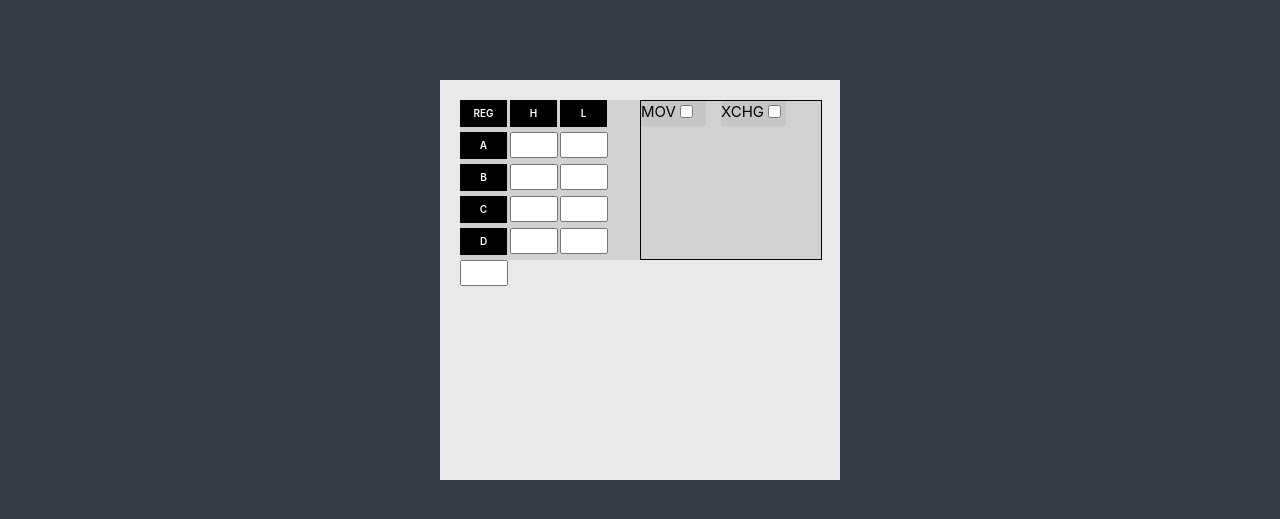
Repository: piookr-wsei/8086
Page: /
The author's editor kept a copy of each file at every save. The page is drawn from the files as they stood at one save, then again after the next save.
The browser window is 1280 px wide. The pictures show the whole page.
The project was rebuilt for these pictures with package versions that can differ from the ones it lists, and the page was loaded fresh each time.

Above is the page before, as saved 2022-06-18 20:58:33.

After the next save:
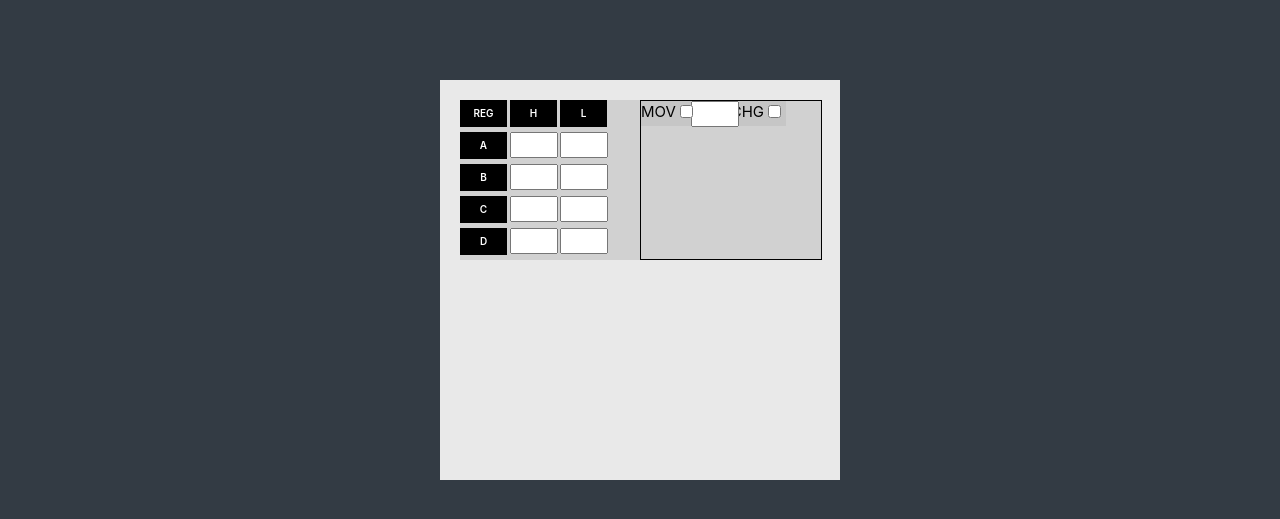
Saved 6 s later.
--- a/src/App.js
+++ b/src/App.js
@@ -66,9 +66,10 @@ function OpChange(){
 
           <SettingsWrapper>
             <OpChange/>
+            <RegInput maxLength={2}/>
           </SettingsWrapper>
 
-          <RegInput maxLength={2}/>
+
 
         </UiWrapper>
       </UiWindow>
